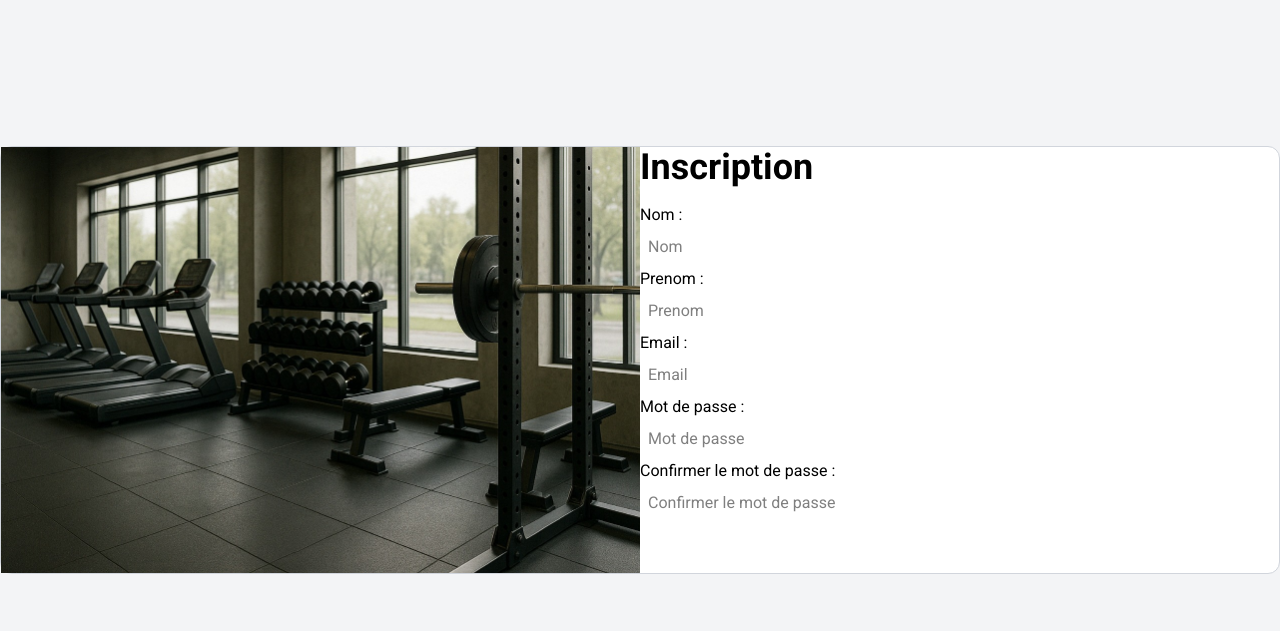
Repository: fahchouchsm/clubSportifWeb
Page: src/pages/inscription.html
An editor plug-in stored every save of this project. The page is shown before and after the next save, followed by the edit.
The browser window is 1280 px wide. The pictures show the whole page.

Above is the page before, as saved 2025-04-16 19:52:12.

After the next save:
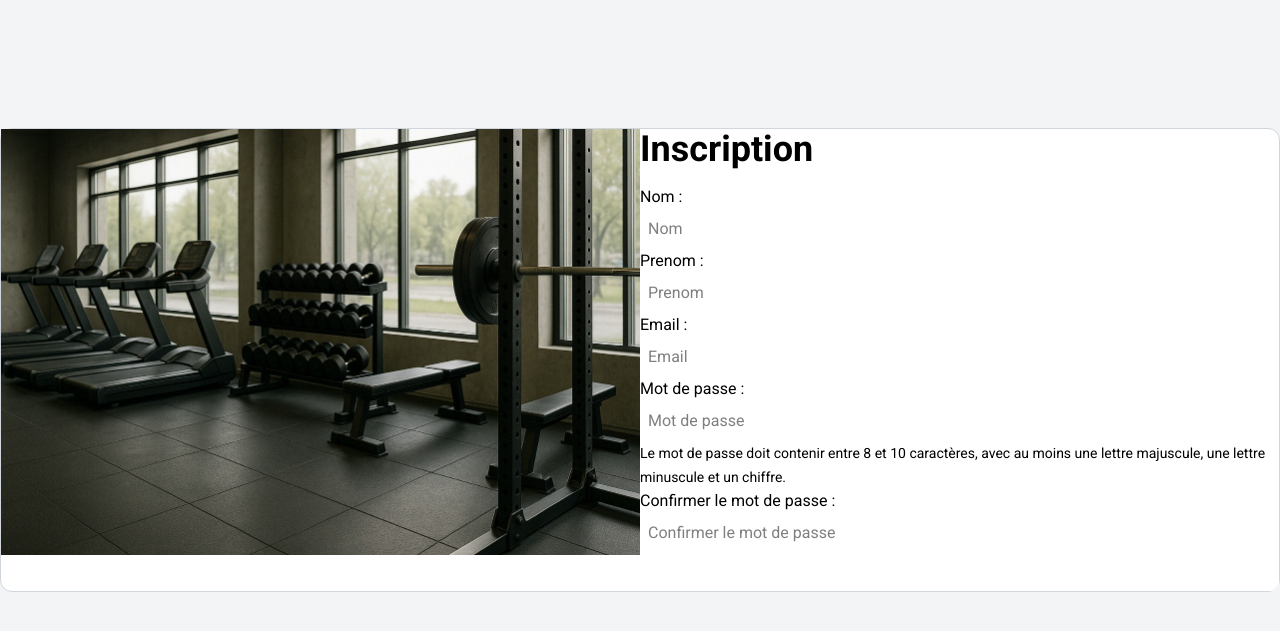
Saved 2 min 0 s later.
--- a/src/pages/inscription.html
+++ b/src/pages/inscription.html
@@ -79,6 +79,10 @@
                 pattern="^(?=.*[a-z])(?=.*[A-Z])(?=.*\d)[a-zA-Z\d]{8,10}$"
                 required
               />
+              <span class="text-sm text-gray-500">
+                Le mot de passe doit contenir entre 8 et 10 caractères, avec au
+                moins une lettre majuscule, une lettre minuscule et un chiffre.
+              </span>
             </div>
             <!-- confPass -->
             <div class="">
